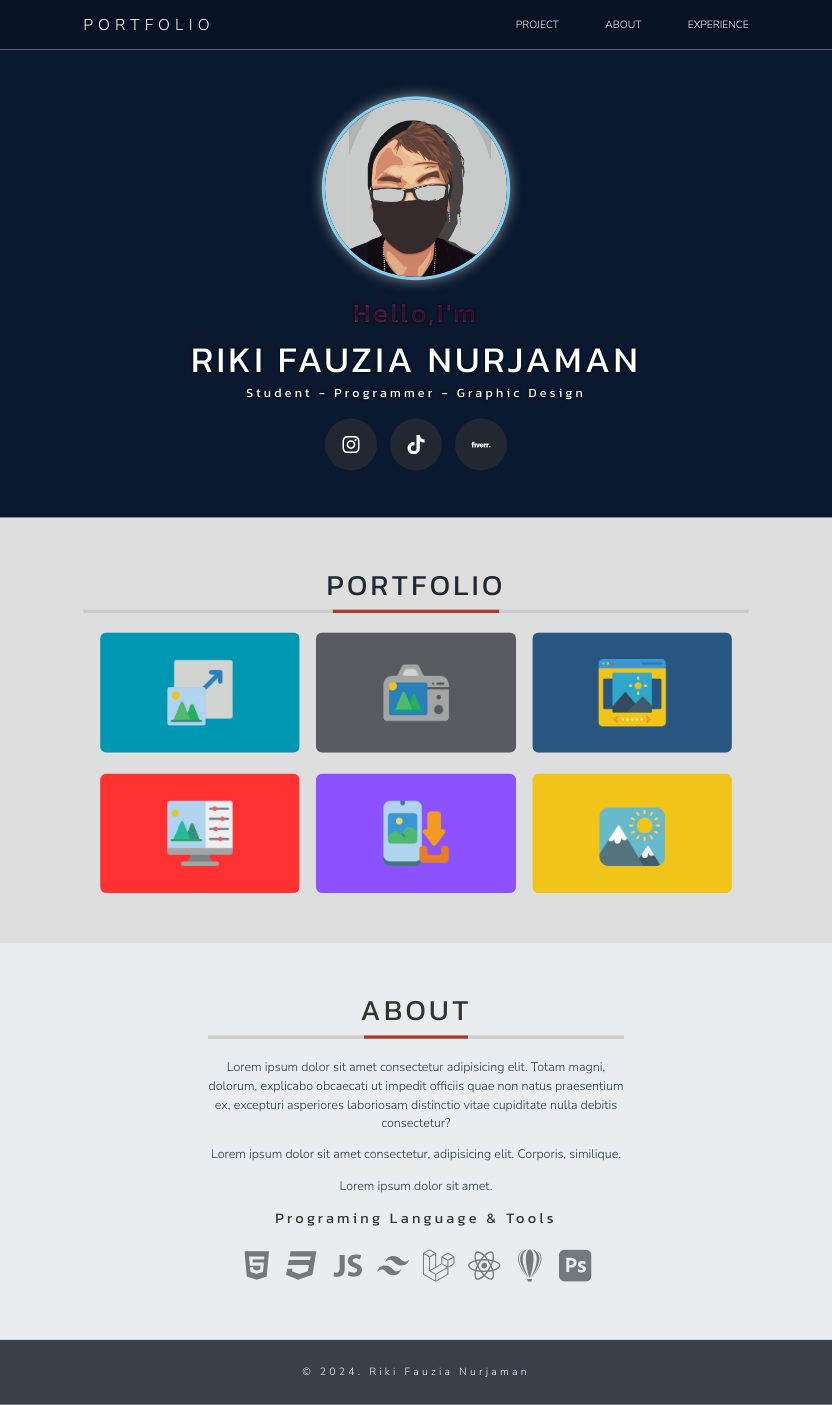
Repository: sellayspy/Portofolio
Page: /
These files come from the project's save history. The page is drawn as it stood at one moment and after the next save; the edit follows.
The browser window is 1280 px wide. The pictures show the whole page, at 65% of full size.
The project was rebuilt for these pictures with package versions that can differ from the ones it lists, and the page was loaded fresh each time. Also part of the build but not shown: vite.config.js, src/styles/DetailPortfolio.css, src/components/ScrollToTop.jsx, src/pages/DetailPortfolio.jsx, src/pages/PagesNotFound.jsx, src/pages/Experience.jsx.

Above is the page before, as saved 2024-09-14 08:47:48.

After the next save:
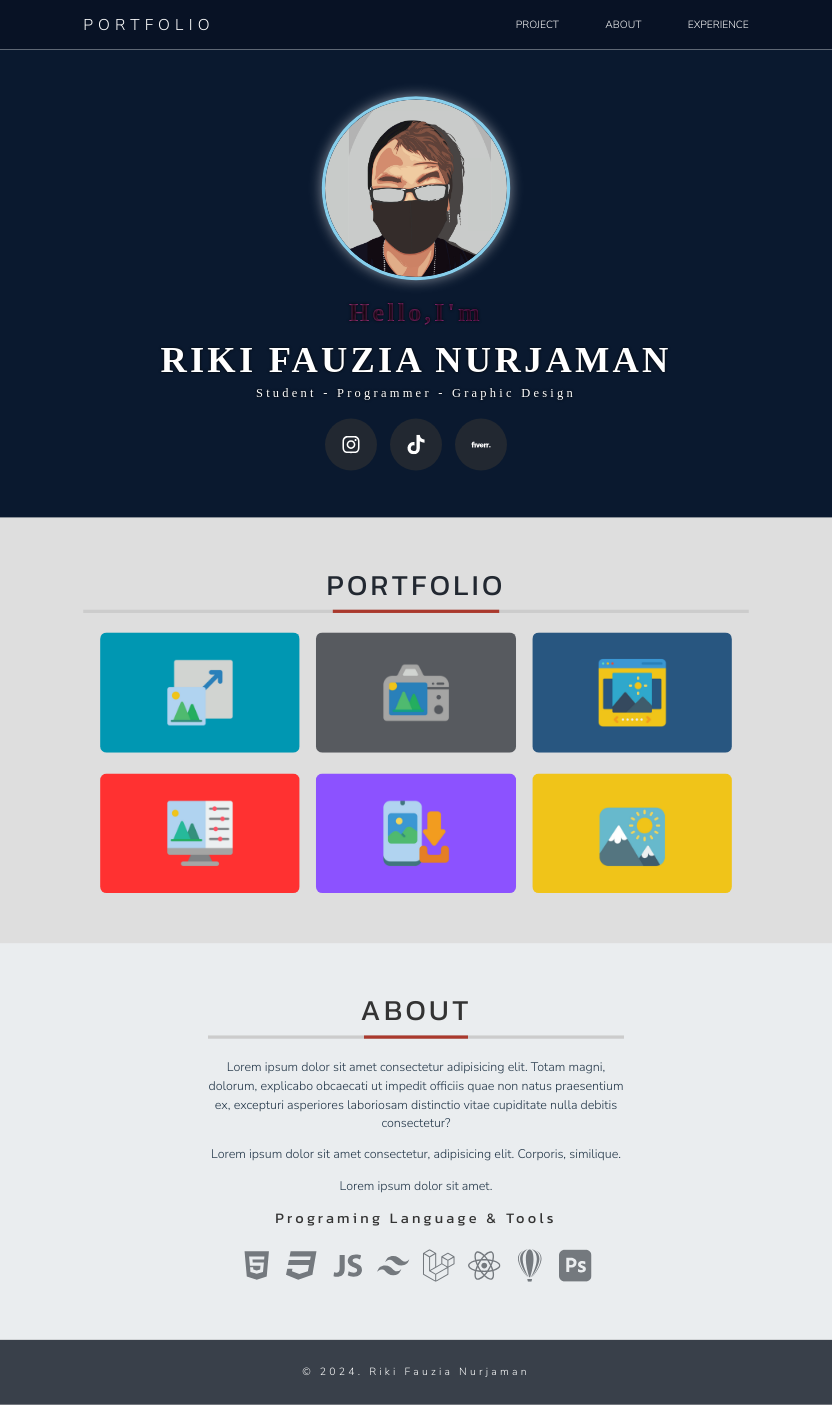
Saved 61 s later.
--- a/src/styles/Header.css
+++ b/src/styles/Header.css
@@ -34,6 +34,10 @@
   margin: 20px 0px 0px 0px;
   padding: 0px;
   font-size: 2.5rem;
+}
+
+.header-jumbotron > .header-text {
+  font-family: "Coolvetica";
 }
 
 .header-jumbotron > .header-text > h3 {

After the save that followed:
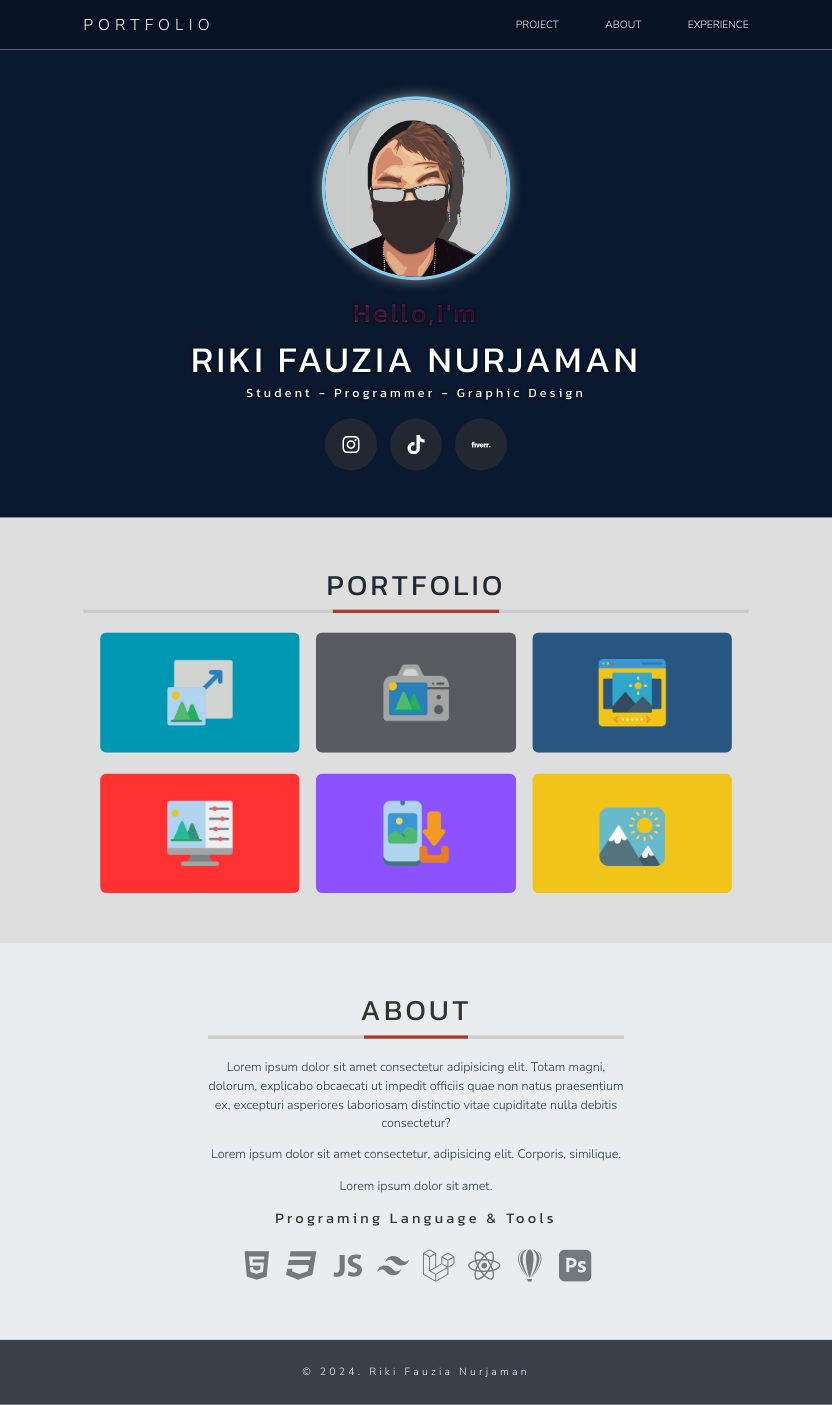
Saved 12 s later.
--- a/src/styles/Header.css
+++ b/src/styles/Header.css
@@ -37,7 +37,6 @@
 }
 
 .header-jumbotron > .header-text {
-  font-family: "Coolvetica";
 }
 
 .header-jumbotron > .header-text > h3 {
